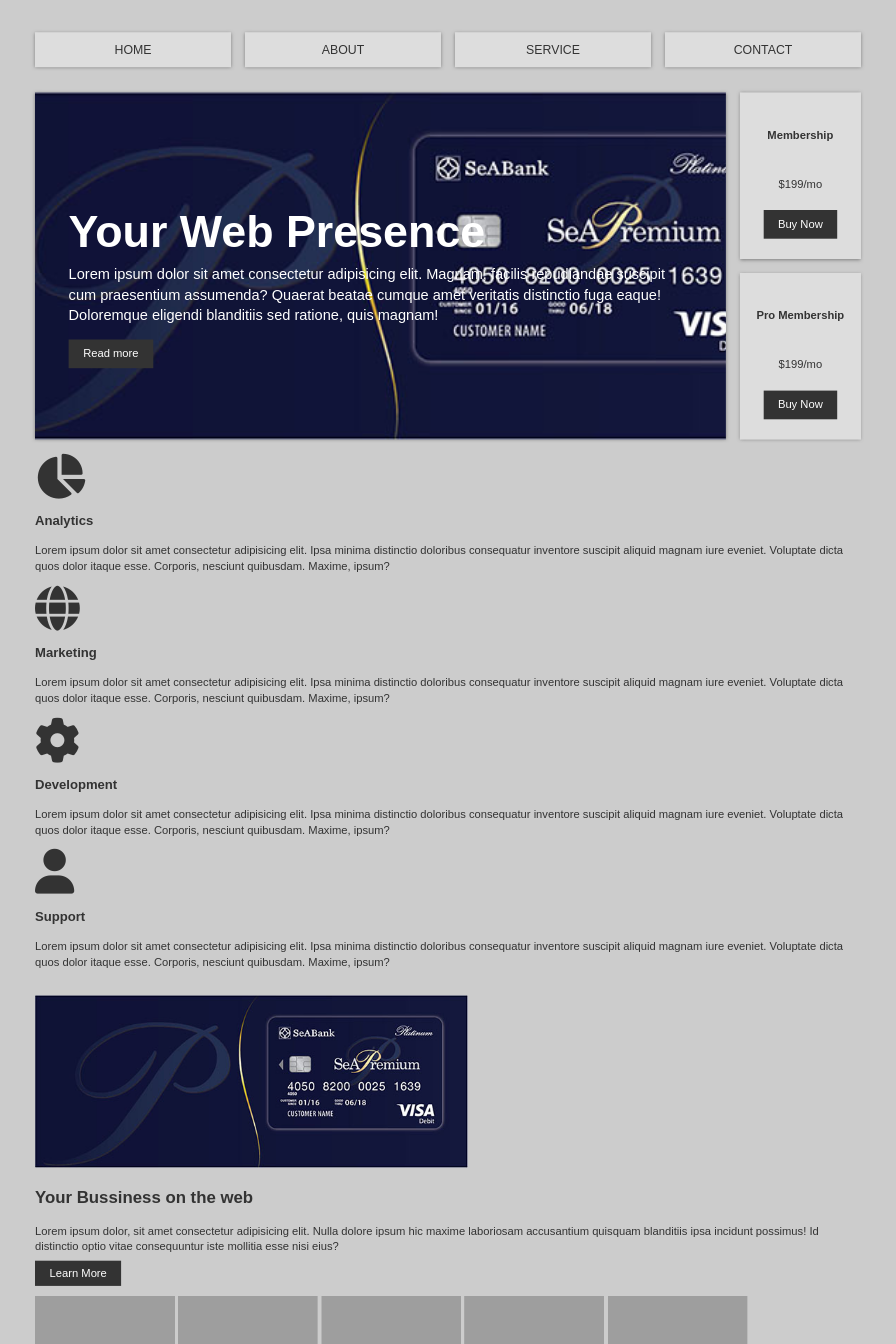
Repository: 1813404040072/grid-demo
Page: index.html
These files come from the project's save history. The page is drawn as it stood at one moment and after the next save; the edit follows.
The browser window is 1280 px wide. The pictures show the part of the page from y = 0 to 1920 px (the page is 2368 px tall before and 2473 px after), at 70% of full size.
Pictures or frames that could not be fetched are drawn as grey boxes. Some web libraries are served in a nearby version.

Above is the page before, as saved 2019-12-25 01:02:51.

### index.html
<!DOCTYPE html>
<html lang="en">
<head>
    <meta charset="UTF-8">
    <meta name="viewport" content="width=device-width, initial-scale=1.0">
    <meta http-equiv="X-UA-Compatible" content="ie=edge">
    <title>GridBiz</title>
    <script src="https://kit.fontawesome.com/a076d05399.js"></script>
    <link rel="stylesheet" href="style.css"/>
</head>
<body>
    <div class="wrapper">
        <!-- Navigation -->
        <nav class="main-nav">
            <ul>
                <li><a href="#">Home</a></li>
                <li><a href="#">About</a></li>
                <li><a href="#">Service</a></li>
                <li><a href="#">Contact</a></li>
            </ul>
        </nav>
        <!-- Top container -->
        <section class="top-container">
            <header class="showcase">
                <h1>Your Web Presence</h1>
                <p>Lorem ipsum dolor sit amet consectetur adipisicing elit. Magnam, facilis repudiandae suscipit cum praesentium assumenda? Quaerat beatae cumque amet veritatis distinctio fuga eaque! Doloremque eligendi blanditiis sed ratione, quis magnam!</p>
                <a href="#" class="btn">Read more</a>
            </header>
            <div class="top-box top-box-a">
                <h4>Membership</h4>
                <p class="price">$199/mo</p>
                <a href="#"class="btn">Buy Now</a>
            </div>
            <div class="top-box top-box-b">
                <h4>Pro Membership</h4>
                <p class="price">$199/mo</p>
                <a href="#"class="btn">Buy Now</a>
            </div>
        </section>

        <!-- Boxes Section -->
        <section class="boxes">
            <div class="box">
                <i class="fas fa-chart-pie fa-4x"></i>
                <h3>Analytics</h3>
                <p>
                    Lorem ipsum dolor sit amet consectetur adipisicing elit. Ipsa minima distinctio doloribus consequatur inventore suscipit aliquid magnam iure eveniet. Voluptate dicta quos dolor itaque esse. Corporis, nesciunt quibusdam. Maxime, ipsum?
                </p>
            </div>
            <div class="box">
                <i class="fas fa-globe fa-4x"></i>
                <h3>Marketing</h3>
                <p>
                    Lorem ipsum dolor sit amet consectetur adipisicing elit. Ipsa minima distinctio doloribus consequatur inventore suscipit aliquid magnam iure eveniet. Voluptate dicta quos dolor itaque esse. Corporis, nesciunt quibusdam. Maxime, ipsum?
                </p>
            </div>
            <div class="box">
                <i class="fas fa-cog fa-4x"></i>
                <h3>Development</h3>
                <p>
                    Lorem ipsum dolor sit amet consectetur adipisicing elit. Ipsa minima distinctio doloribus consequatur inventore suscipit aliquid magnam iure eveniet. Voluptate dicta quos dolor itaque esse. Corporis, nesciunt quibusdam. Maxime, ipsum?
                </p>
            </div>
            <div class="box">
                <i class="fas fa-user fa-4x"></i>
                <h3>Support</h3>
                <p>
                    Lorem ipsum dolor sit amet consectetur adipisicing elit. Ipsa minima distinctio doloribus consequatur inventore suscipit aliquid magnam iure eveniet. Voluptate dicta quos dolor itaque esse. Corporis, nesciunt quibusdam. Maxime, ipsum?
                </p>
            </div>
        </section>
        <!-- Info Section -->
        <section class="info">
            <img src="img/pic1.jpg" alt="">
            <h2>Your Bussiness on the web</h2>
            <p>Lorem ipsum dolor, sit amet consectetur adipisicing elit. Nulla dolore ipsum hic maxime laboriosam accusantium quisquam blanditiis ipsa incidunt possimus! Id distinctio optio vitae consequuntur iste mollitia esse nisi eius?</p>
            <a href="#" class="btn">Learn More</a>
        </section>


        <!-- Portfolio -->
        <section class="portfolio">
            <img src="https://source.unsplash.com/random/200x200" alt="">
            <img src="https://source.unsplash.com/random/200x200" alt="">
            <img src="https://source.unsplash.com/random/200x200" alt="">
            <img src="https://source.unsplash.com/random/200x200" alt="">
            <img src="https://source.unsplash.com/random/200x200" alt="">
            <img src="https://source.unsplash.com/random/200x200" alt="">
            <img src="https://source.unsplash.com/random/200x200" alt="">
            <img src="https://source.unsplash.com/random/200x200" alt="">
            <img src="https://source.unsplash.com/random/200x200" alt="">
        </section>

        <!-- Footer -->
        <footer>
            <p>GridBiz &copy; 2019</p>
        </footer>

    </div>
    <!-- wrapper Ends -->

</body>
</html>

### style.css
/* CSS Variables */
:root {
    --primary: #ddd;
    --dark: #333;
    --light: #fff;
    --shadow: 0 1px 5px rgba(104, 104, 104, 0.8);
}

html{
    box-sizing: border-box;
    font-family: Arial, Helvetica, sans-serif;
    color: var(--dark);
}

body {
    background: #ccc;
    margin: 30px 50px;
    line-height: 1.4;
}

.btn {
    background-color: var(--dark);
    color: var(--light);
    padding: 0.6rem 1.3rem;
    text-decoration: none;
    border: 0;
}

img {
    max-width: 100%;
}

.wrapper {
    display: grid;
    grid-gap: 20px;
}


/* Mavigation */
.main-nav ul {
    display: grid;
    grid-gap: 20px;
    padding: 0;
    list-style: none;
    grid-template-columns: repeat(4, 1fr);
}

.main-nav a{
    background: var(--primary);
    display: block;
    text-decoration: none;
    padding: 0.8rem;
    text-align: center;
    color: var(--dark);
    text-transform: uppercase;
    font-size: 1.1rem;
    box-shadow: var(--shadow);
}

.main-nav a:hover {
    background: var(--dark);
    color: var(--light);
}

/* Top Container */
.top-container{
    display: grid;
    grid-gap: 20px;
    grid-template-areas:
        'showcase showcase top-box-a'
        'showcase showcase top-box-b';
}

/* Showcase */
.showcase {
    grid-area: showcase;
    min-height: 400px;
    background:url(img/pic1.jpg);
    background-size: cover;
    background-position: center;
    padding:  3rem;
    display: flex;
    flex-direction: column;
    align-items: start;
    justify-content: center;
    box-shadow: var(--shadow);
}

.showcase p {
    font-size: 1.3rem;
    margin-top: 0;
    color: var(--light);
}

.showcase h1{
    font-size: 4rem;
    margin-bottom: 0;
    color: var(--light);
}

/* Top Box */
.top-box {
    background: var(--primary);
    display: grid;
    align-items: center;
    justify-items: center;
    box-shadow: var(--shadow);
    padding: 1.5rem;
}

.top-box .price {
    font-size: 2;
}

.top-box-a {
    grid-area: top-box-a;
}

.top-box-b {
    grid-area: top-box-b;
}

After the next save:
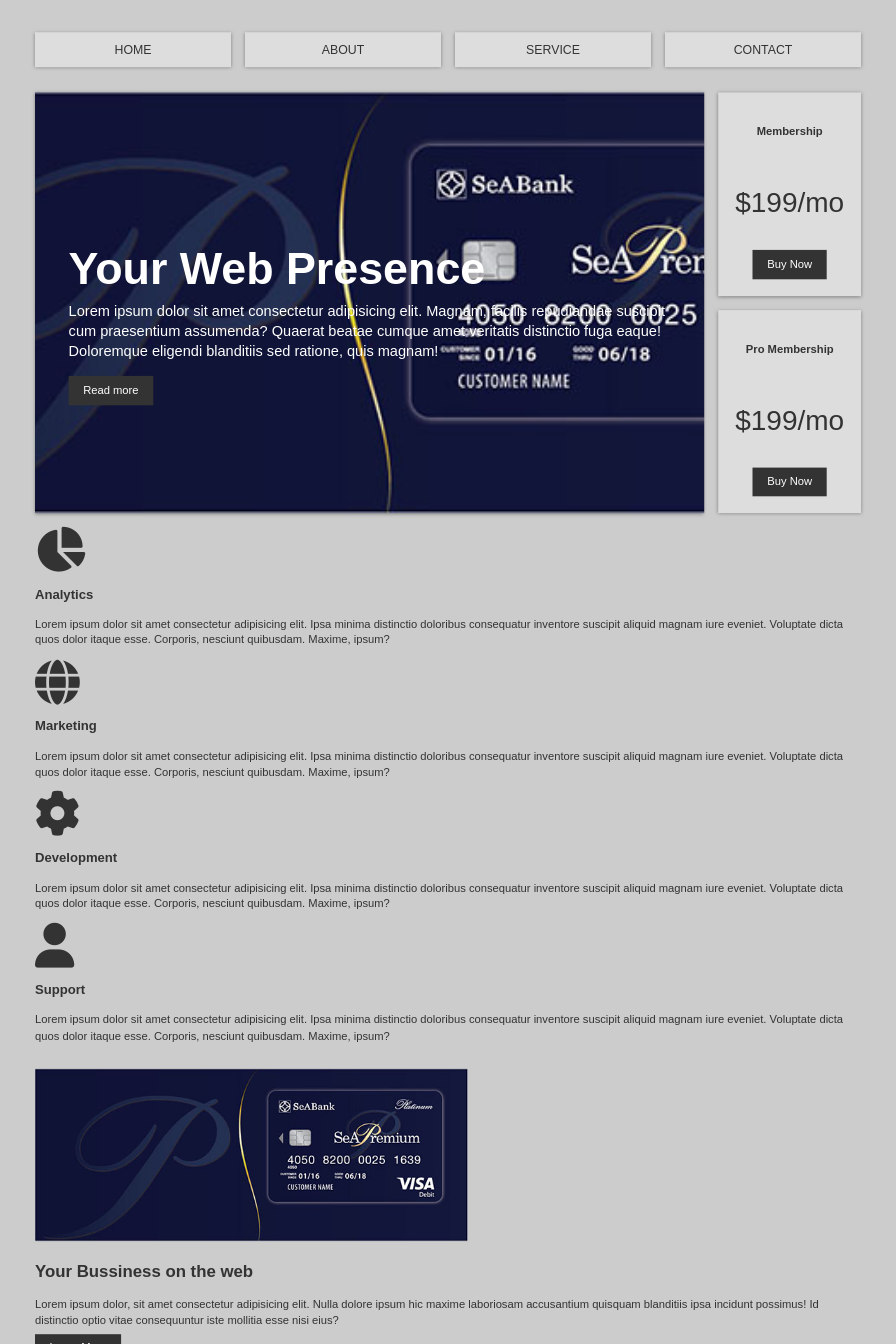
Saved 6 s later.
--- a/style.css
+++ b/style.css
@@ -109,7 +109,7 @@
 }
 
 .top-box .price {
-    font-size: 2;
+    font-size: 2.5rem;
 }
 
 .top-box-a {
